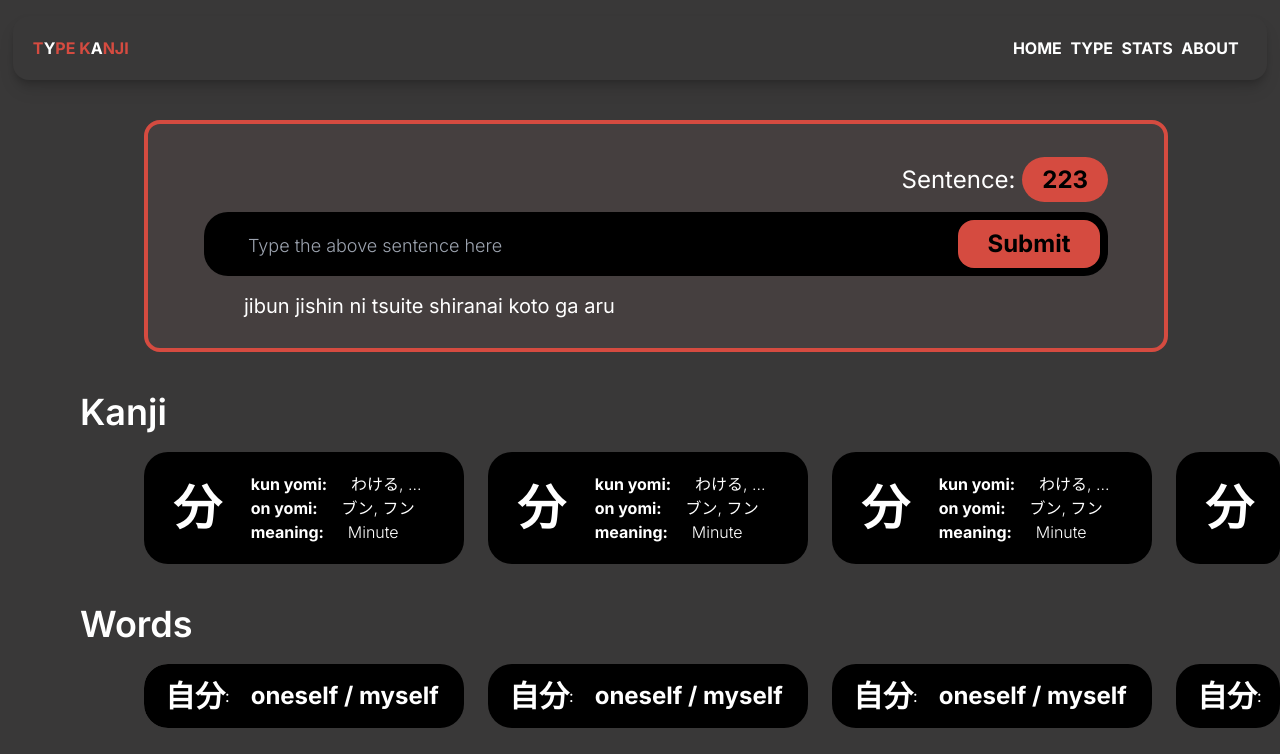
Repository: theUnrealSamurai/kanjikyoushi-frontend
Page: /practice (app in type-kanji/)
These files come from the project's save history. The page is drawn as it stood at one moment and after a run of saves; the edit follows.
The browser window is 1280 px wide. The pictures show the whole page.
The page's requests for data from a server got no answer. The project was rebuilt for these pictures with package versions that can differ from the ones it lists, and the page was loaded fresh each time. The framework's server and built-in components were replaced by stand-ins that run in the browser. No one was signed in, and anything a server would have sent is missing. Also part of the build but not shown: type-kanji/next.config.mjs.

Above is the page before, as saved 2024-09-02 14:53:37.

After the next 3 saves:
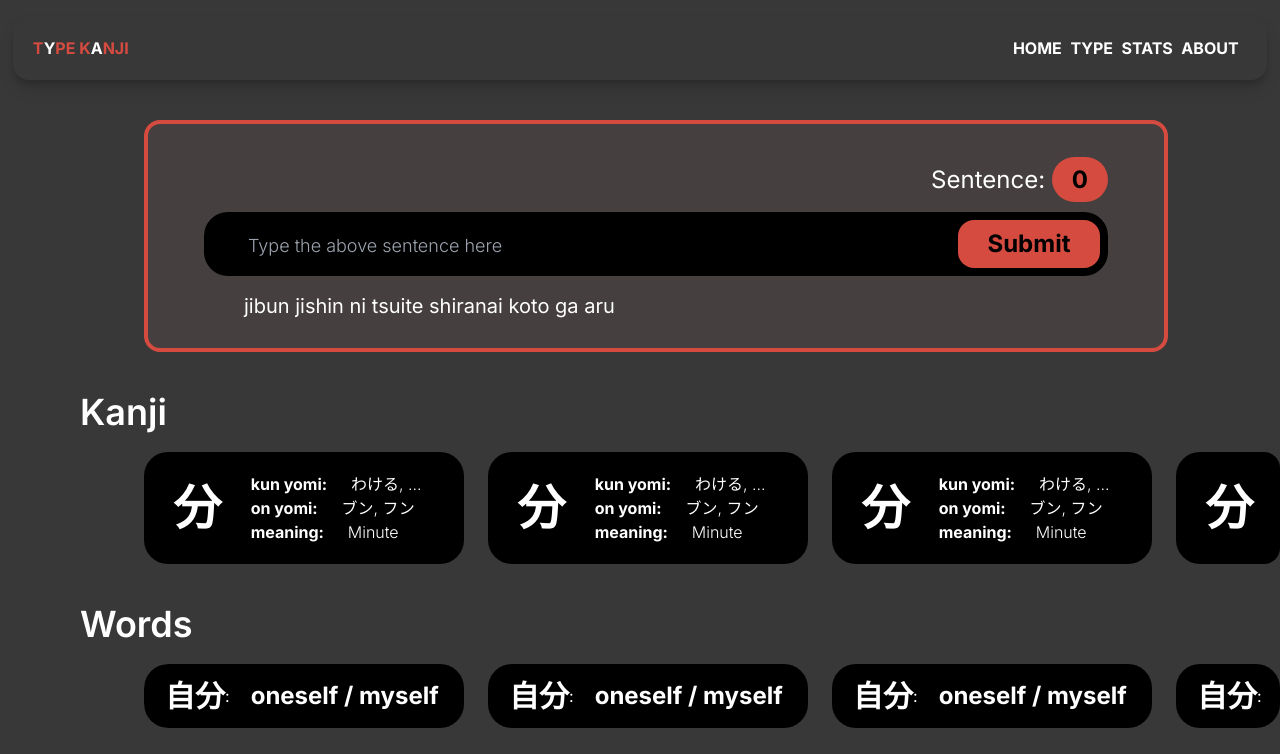
The 3 saves are shown as one change because they came seconds apart.
The last was saved 8 s later.
--- a/type-kanji/app/(dashboard)/practice/page.js
+++ b/type-kanji/app/(dashboard)/practice/page.js
@@ -73,7 +73,7 @@ export default function Practice() {
           <p>
             Sentence:{" "}
             <span className="bg-[#D54B40] text-black p-2 px-5 rounded-full font-bold">
-              223
+              {count}
             </span>
           </p>
         </div>
